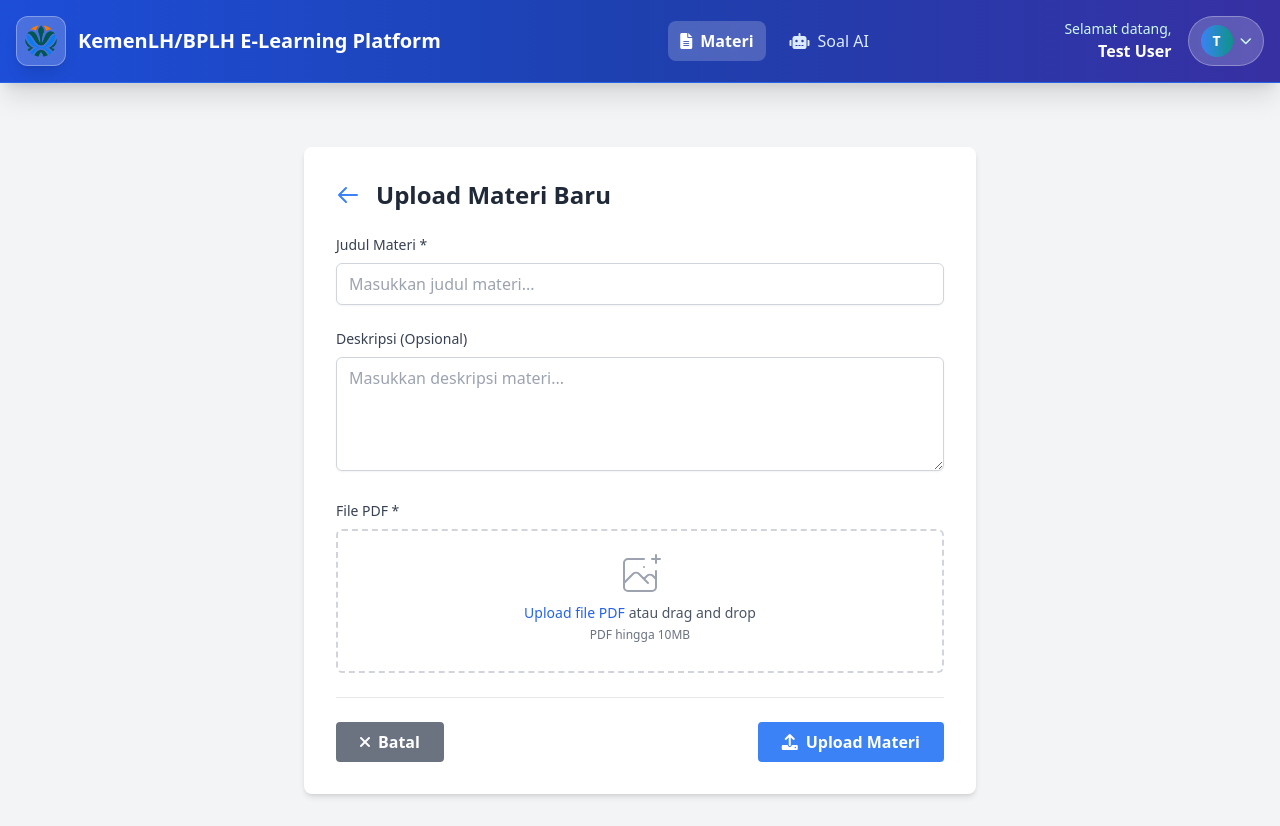
Repository: Autofat/LMS-MOOC
Page: http://localhost/materials/create
An editor plug-in stored every save of this project. The page is shown before and after the next save, followed by the edit.
The browser window is 1280 px wide. The pictures show the whole page.
Some web libraries are served in a nearby version. The page is served by the project's Laravel application, run on PHP 8.4 with Laravel 12. A made-up administrator, Test User (test@example.com), is signed in. Other server files are loaded and not shown.

Above is the page before, as saved 2025-08-01 13:12:55.

### routes/web.php
<?php

use Illuminate\Support\Facades\Route;
use Illuminate\Support\Facades\Auth;
use Illuminate\Support\Facades\Http;
use Illuminate\Support\Facades\Storage;
use Illuminate\Http\Request;
use App\Http\Controllers\QuestionController;
use App\Http\Controllers\MaterialController;
use App\Http\Controllers\AuthController;

// Root redirect to login
Route::get('/', function () {
    // Force logout and clear session
    Auth::logout();
    session()->flush();
    session()->regenerate();

    return redirect()->route('login');
});

// Authentication Routes
Route::get('/login', [AuthController::class, 'showLoginForm'])->name('login');
Route::post('/login', [AuthController::class, 'login']);
Route::get('/register', [AuthController::class, 'showRegisterForm'])->name('register');
Route::post('/register', [AuthController::class, 'register']);
Route::post('/logout', [AuthController::class, 'logout'])->name('logout');

// Temporary route to clear session
Route::get('/clear-session', function () {
    Auth::logout();
    session()->flush();
    session()->regenerate();
    return redirect()->route('login')->with('success', 'Session cleared. Please login again.');
});

// Test route to check auth status
Route::get('/test-auth', function () {
    return response()->json([
        'auth_check' => Auth::check(),
        'user' => Auth::user(),
        'session_id' => session()->getId(),
        'session_data' => session()->all()
    ]);
});

// Protected Routes (require authentication)
Route::middleware(['auth'])->group(function () {

    // Debug route for testing n8n connection
    Route::get('/test-n8n-connection', function () {
        try {
            $testData = [
                'action' => 'test_connection',
                'timestamp' => now()->toISOString(),
                'message' => 'Laravel connection test'
            ];

            $n8nUrl = env('N8N_GENERATE_QUESTIONS_URL', 'http://localhost:5678/webhook/generate-questions');

            $response = Http::timeout(120)
                ->retry(2, 100)
                ->withOptions([
                    'verify' => false,
                    'allow_redirects' => true,
                    'http_errors' => false
                ])
                ->post($n8nUrl, $testData);

            return response()->json([
                'success' => true,
                'message' => 'n8n connection test completed',
                'url' => $n8nUrl,
                'request_data' => $testData,
                'response' => [
                    'status' => $response->status(),
                    'headers' => $response->headers(),
                    'body' => $response->body(),
                    'successful' => $response->successful()
                ]
            ]);

        } catch (\Exception $e) {
            return response()->json([
                'success' => false,
                'error' => $e->getMessage(),
                'error_class' => get_class($e)
            ], 500);
        }
    })->name('test.n8n.connection');

    // Material Routes
    Route::get('/materials', [MaterialController::class, 'index'])->name('materials.index');
    Route::get('/materials/create', [MaterialController::class, 'create'])->name('materials.create');
    Route::post('/materials', [MaterialController::class, 'store'])->name('materials.store');
    Route::get('/materials/{id}', [MaterialController::class, 'show'])->name('materials.show');
    Route::get('/materials/{id}/edit', [MaterialController::class, 'edit'])->name('materials.edit');
    Route::put('/materials/{id}', [MaterialController::class, 'update'])->name('materials.update');
    Route::delete('/materials/{id}', [MaterialController::class, 'destroy'])->name('materials.destroy');
    Route::get('/materials/{id}/download', [MaterialController::class, 'download'])->name('materials.download');

    // Debug routes for testing file uploads
    Route::get('/test-upload', function () {
        return view('test-upload');
    })->name('test.upload.form');

    Route::post('/test-upload', function (Request $request) {
        $info = [
            'has_file' => $request->hasFile('pdf_file'),
            'php_upload_max' => ini_get('upload_max_filesize'),
            'php_post_max' => ini_get('post_max_size'),
            'storage_writable' => is_writable(storage_path('app/public')),
            'materials_dir_exists' => Storage::disk('public')->exists('materials'),
        ];

        if ($request->hasFile('pdf_file')) {
            $file = $request->file('pdf_file');
            $info['file'] = [
                'name' => $file->getClientOriginalName(),
                'size' => $file->getSize(),
                'mime' => $file->getMimeType(),
                'is_valid' => $file->isValid(),
                'error' => $file->getError(),
            ];
        }

        return response()->json($info);
    })->name('test.upload');
    Route::get('/materials/{id}/questions', [MaterialController::class, 'questions'])->name('materials.questions');

    // Generate Questions with n8n
    Route::post('/materials/{id}/generate-questions', [MaterialController::class, 'generateQuestions'])->name('materials.generate-questions');
    Route::post('/materials/{id}/generate-questions-async', [MaterialController::class, 'generateQuestionsAsync'])->name('materials.generate-questions-async');
    Route::get('/materials/{id}/test-n8n', [MaterialController::class, 'testN8nConnection'])->name('materials.test-n8n');

    // Form Manual Input
    Route::get('/questions/create', [QuestionController::class, 'create'])->name('questions.create');
    Route::post('/questions', [QuestionController::class, 'store'])->name('questions.store');

    // Manage and Edit Questions
    Route::get('/questions/manage', [QuestionController::class, 'manage'])->name('questions.manage');
    Route::get('/questions/{id}/edit', [QuestionController::class, 'edit'])->name('questions.edit');
    Route::put('/questions/{id}', [QuestionController::class, 'update'])->name('questions.update');
    Route::delete('/questions/{id}', [QuestionController::class, 'destroy'])->name('questions.destroy');
});

### resources/views/components/navbar.blade.php
<!-- Navigation Bar -->
<nav class="bg-gradient-to-r from-blue-700 via-blue-800 to-indigo-800 shadow-xl border-b border-blue-600 mb-8">
    <div class="container mx-auto px-4">
        <div class="flex items-center py-4">
            <!-- Logo/Brand - Far Left -->
            <div class="flex items-center space-x-3 mr-8">
                <div class="bg-white/20 backdrop-blur-sm p-2 rounded-xl shadow-lg border border-white/30">
                    <img src="{{ asset('images/kemenlh-logo.png') }}" alt="KemenLH/BPLH Logo" class="w-8 h-8 object-contain">
                </div>
                <div>
                    <h1 class="text-xl font-bold text-white">KemenLH/BPLH E-Learning Platform</h1>
                </div>
            </div>

            <!-- Navigation Links - Center -->
            <div class="hidden md:flex items-center space-x-6 flex-1 justify-center">
                <a href="{{ route('materials.index') }}"
                   class="flex items-center space-x-2 text-blue-100 hover:text-white transition-colors {{ request()->routeIs('materials.*') ? 'text-white font-semibold bg-white/20 px-3 py-2 rounded-lg backdrop-blur-sm' : '' }}">
                    <i class="fas fa-file-text"></i>
                    <span>Materi</span>
                </a>
                <a href="{{ route('questions.manage') }}"
                   class="flex items-center space-x-2 text-blue-100 hover:text-white transition-colors {{ request()->routeIs('questions.*') ? 'text-white font-semibold bg-white/20 px-3 py-2 rounded-lg backdrop-blur-sm' : '' }}">
                    <i class="fas fa-robot"></i>
                    <span>Soal AI</span>
                </a>
            </div>

            <!-- User Menu - Far Right -->
            <div class="flex items-center space-x-4">
                <!-- Welcome Message -->
                <div class="hidden lg:block text-right">
                    <p class="text-sm text-teal-100">Selamat datang,</p>
                    <p class="font-semibold text-white">{{ Auth::user()->name }}</p>
                </div>

                <!-- User Avatar -->
                <div class="relative">
                    <button id="userMenuButton" class="flex items-center space-x-2 bg-white/20 backdrop-blur-sm hover:bg-white/30 rounded-full px-3 py-2 transition-colors border border-white/30">
                        <div class="w-8 h-8 bg-gradient-to-r from-blue-500 to-teal-600 rounded-full flex items-center justify-center text-white font-semibold text-sm">
                            {{ strtoupper(substr(Auth::user()->name, 0, 1)) }}
                        </div>
                        <i class="fas fa-chevron-down text-teal-100 text-xs"></i>
                    </button>

                    <!-- Dropdown Menu -->
                    <div id="userDropdown" class="hidden absolute right-0 mt-2 w-48 bg-white border border-teal-200 rounded-lg shadow-xl z-50 backdrop-blur-sm">
                        <div class="py-2">
                            <div class="px-4 py-2 border-b border-teal-100">
                                <p class="text-sm font-semibold text-gray-800">{{ Auth::user()->name }}</p>
                                <p class="text-xs text-gray-600">{{ Auth::user()->email }}</p>
                            </div>
                            <a href="{{ route('materials.index') }}" class="block px-4 py-2 text-sm text-gray-700 hover:bg-teal-50 transition-colors">
                                <i class="fas fa-folder-open mr-2 text-teal-600"></i>Dashboard
                            </a>
                            <a href="{{ route('test.n8n.connection') }}" class="block px-4 py-2 text-sm text-gray-700 hover:bg-teal-50 transition-colors">
                                <i class="fas fa-plug mr-2 text-teal-600"></i>Test n8n
                            </a>
                            <div class="border-t border-teal-100 mt-2 pt-2">
                                <form method="POST" action="{{ route('logout') }}" class="block">
                                    @csrf
                                    <button type="submit" class="w-full text-left px-4 py-2 text-sm text-red-600 hover:bg-red-50 transition-colors">
                                        <i class="fas fa-sign-out-alt mr-2"></i>Logout
                                    </button>
                                </form>
                            </div>
                        </div>
                    </div>
                </div>
            </div>

            <!-- Mobile Menu Button -->
            <div class="md:hidden ml-auto">
                <button id="mobileMenuButton" class="text-teal-100 hover:text-white transition-colors">
                    <i class="fas fa-bars text-xl"></i>
                </button>
            </div>
        </div>

        <!-- Mobile Menu -->
        <div id="mobileMenu" class="hidden md:hidden border-t border-teal-500 py-4">
            <div class="space-y-2">
                <a href="{{ route('materials.index') }}" class="block py-2 text-teal-100 hover:text-white transition-colors {{ request()->routeIs('materials.*') ? 'text-white font-semibold' : '' }}">
                    <i class="fas fa-folder-open mr-2"></i>Materi
                </a>
                <a href="{{ route('questions.manage') }}" class="block py-2 text-teal-100 hover:text-white transition-colors {{ request()->routeIs('questions.*') ? 'text-white font-semibold' : '' }}">
                    <i class="fas fa-question-circle mr-2"></i>Soal
                </a>
                <a href="{{ route('test.n8n.connection') }}" class="block py-2 text-teal-100 hover:text-white transition-colors">
                    <i class="fas fa-plug mr-2"></i>Test n8n
                </a>
                <div class="border-t border-teal-500 pt-2 mt-2">
                    <form method="POST" action="{{ route('logout') }}">
                        @csrf
                        <button type="submit" class="w-full text-left py-2 text-red-200 hover:text-red-100 transition-colors">
                            <i class="fas fa-sign-out-alt mr-2"></i>Logout
                        </button>
                    </form>
                </div>
            </div>
        </div>
    </div>
</nav>

<!-- Success/Error Messages - Toast Style -->
<div id="toastContainer" class="fixed top-28 right-4 z-50 space-y-3">
    @if(session('success'))
        <div id="successToast" class="bg-green-500 text-white px-8 py-5 rounded-lg shadow-xl max-w-md transform translate-x-full opacity-0 transition-all duration-500 ease-in-out">
            <div class="flex items-center">
                <div class="flex-shrink-0">
                    <i class="fas fa-check-circle text-2xl"></i>
                </div>
                <div class="ml-4 flex-1">
                    <p class="text-base font-medium">{{ session('success') }}</p>
                </div>
                <button onclick="hideToast('successToast')" class="ml-4 text-white hover:text-gray-200 transition-colors">
                    <i class="fas fa-times text-lg"></i>
                </button>
            </div>
        </div>
    @endif

    @if(session('error'))
        <div id="errorToast" class="bg-red-500 text-white px-8 py-5 rounded-lg shadow-xl max-w-md transform translate-x-full opacity-0 transition-all duration-500 ease-in-out">
            <div class="flex items-center">
                <div class="flex-shrink-0">
                    <i class="fas fa-exclamation-circle text-2xl"></i>
                </div>
                <div class="ml-4 flex-1">
                    <p class="text-base font-medium">{{ session('error') }}</p>
                </div>
                <button onclick="hideToast('errorToast')" class="ml-4 text-white hover:text-gray-200 transition-colors">
                    <i class="fas fa-times text-lg"></i>
                </button>
            </div>
        </div>
    @endif

    @if(session('info'))
        <div id="infoToast" class="bg-blue-500 text-white px-8 py-5 rounded-lg shadow-xl max-w-md transform translate-x-full opacity-0 transition-all duration-500 ease-in-out">
            <div class="flex items-center">
                <div class="flex-shrink-0">
                    <i class="fas fa-info-circle text-2xl"></i>
                </div>
                <div class="ml-4 flex-1">
                    <p class="text-base font-medium">{{ session('info') }}</p>
                </div>
                <button onclick="hideToast('infoToast')" class="ml-4 text-white hover:text-gray-200 transition-colors">
                    <i class="fas fa-times text-lg"></i>
                </button>
            </div>
        </div>
    @endif
</div>

<script>
document.addEventListener('DOMContentLoaded', function() {
    // Toast notification system
    function showToast(toastId) {
        const toast = document.getElementById(toastId);
        if (toast) {
            // Show the toast with slide-in animation
            setTimeout(() => {
                toast.classList.remove('translate-x-full', 'opacity-0');
                toast.classList.add('translate-x-0', 'opacity-100');
            }, 100);

            // Auto-hide after 4 seconds
            setTimeout(() => {
                hideToast(toastId);
            }, 4000);
        }
    }

    // Function to hide toast (can be called manually or automatically)
    window.hideToast = function(toastId) {
        const toast = document.getElementById(toastId);
        if (toast) {
            toast.classList.remove('translate-x-0', 'opacity-100');
            toast.classList.add('translate-x-full', 'opacity-0');

            // Remove from DOM after animation completes
            setTimeout(() => {
                toast.remove();
            }, 500);
        }
    }

    // Show all existing toasts
    showToast('successToast');
    showToast('errorToast');
    showToast('infoToast');

    // User menu dropdown
    const userMenuButton = document.getElementById('userMenuButton');
    const userDropdown = document.getElementById('userDropdown');

    if (userMenuButton && userDropdown) {
        userMenuButton.addEventListener('click', function() {
            userDropdown.classList.toggle('hidden');
        });

        // Close dropdown when clicking outside
        document.addEventListener('click', function(event) {
            if (!userMenuButton.contains(event.target) && !userDropdown.contains(event.target)) {
                userDropdown.classList.add('hidden');
            }
        });
    }

    // Mobile menu
    const mobileMenuButton = document.getElementById('mobileMenuButton');
    const mobileMenu = document.getElementById('mobileMenu');

    if (mobileMenuButton && mobileMenu) {
        mobileMenuButton.addEventListener('click', function() {
            mobileMenu.classList.toggle('hidden');
        });
    }
});
</script>

Loaded but not shown: app/Models/User.php (common file); app/Http/Controllers/Controller.php (common file); app/Http/Controllers/MaterialController.php (844 lines, source omitted); resources/views/materials/create.blade.php (123 lines, source omitted)

After the next save:
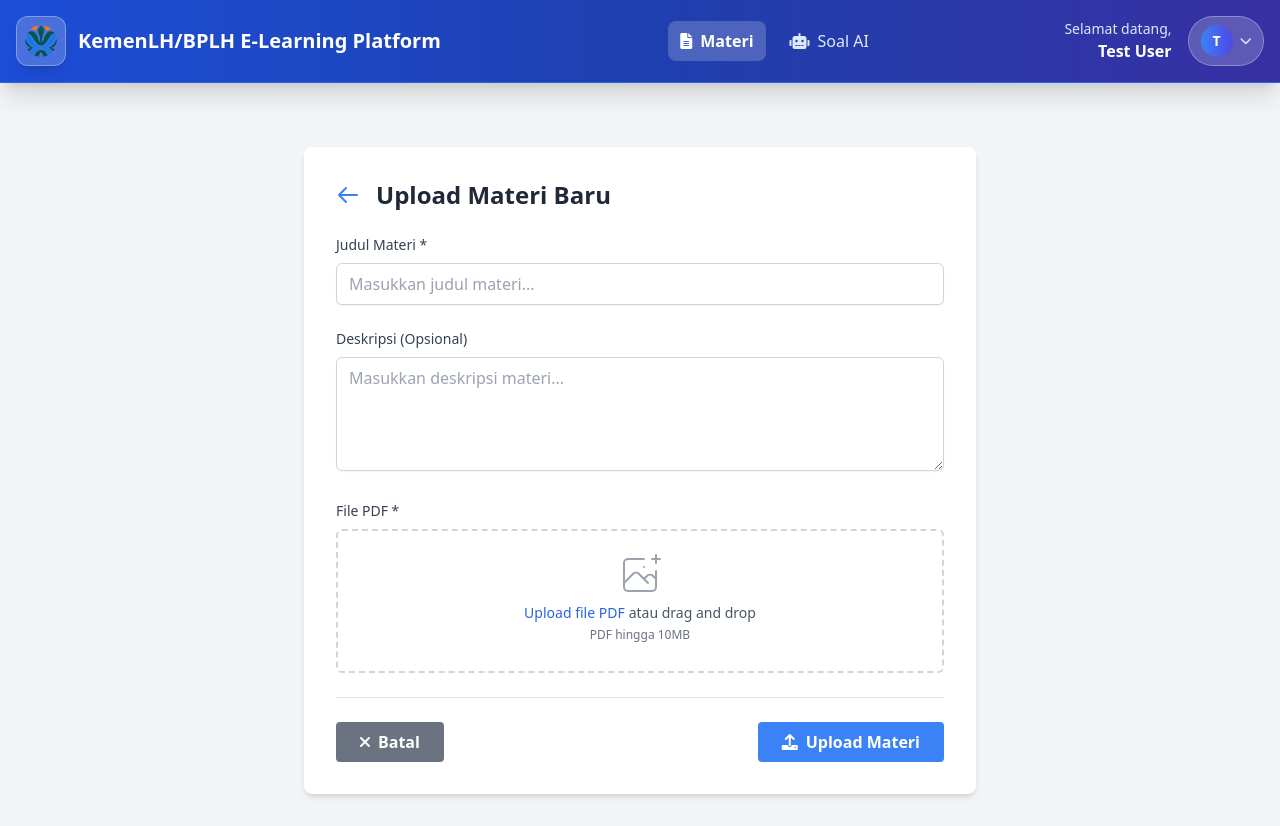
Saved 73 s later.
--- a/resources/views/components/navbar.blade.php
+++ b/resources/views/components/navbar.blade.php
@@ -30,23 +30,23 @@
             <div class="flex items-center space-x-4">
                 <!-- Welcome Message -->
                 <div class="hidden lg:block text-right">
-                    <p class="text-sm text-teal-100">Selamat datang,</p>
+                    <p class="text-sm text-blue-100">Selamat datang,</p>
                     <p class="font-semibold text-white">{{ Auth::user()->name }}</p>
                 </div>
 
                 <!-- User Avatar -->
                 <div class="relative">
                     <button id="userMenuButton" class="flex items-center space-x-2 bg-white/20 backdrop-blur-sm hover:bg-white/30 rounded-full px-3 py-2 transition-colors border border-white/30">
-                        <div class="w-8 h-8 bg-gradient-to-r from-blue-500 to-teal-600 rounded-full flex items-center justify-center text-white font-semibold text-sm">
+                        <div class="w-8 h-8 bg-gradient-to-r from-blue-500 to-indigo-600 rounded-full flex items-center justify-center text-white font-semibold text-sm">
                             {{ strtoupper(substr(Auth::user()->name, 0, 1)) }}
                         </div>
-                        <i class="fas fa-chevron-down text-teal-100 text-xs"></i>
+                        <i class="fas fa-chevron-down text-blue-100 text-xs"></i>
                     </button>
 
                     <!-- Dropdown Menu -->
-                    <div id="userDropdown" class="hidden absolute right-0 mt-2 w-48 bg-white border border-teal-200 rounded-lg shadow-xl z-50 backdrop-blur-sm">
+                    <div id="userDropdown" class="hidden absolute right-0 mt-2 w-48 bg-white border border-blue-200 rounded-lg shadow-xl z-50 backdrop-blur-sm">
                         <div class="py-2">
-                            <div class="px-4 py-2 border-b border-teal-100">
+                            <div class="px-4 py-2 border-b border-blue-100">
                                 <p class="text-sm font-semibold text-gray-800">{{ Auth::user()->name }}</p>
                                 <p class="text-xs text-gray-600">{{ Auth::user()->email }}</p>
                             </div>
